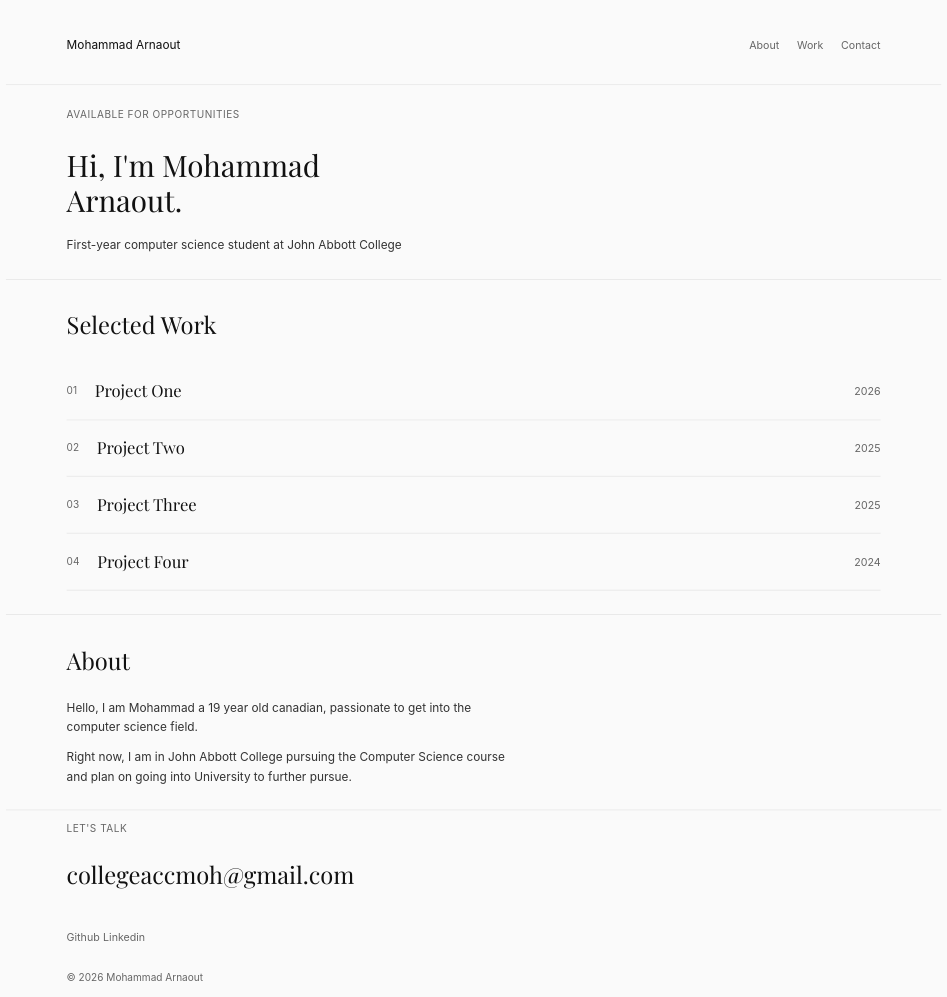
Repository: Moh-Arna/Moh-Arna
Page: index.html
An editor plug-in stored every save of this project. The page is shown before and after the next save, followed by the edit.
The browser window is 1280 px wide. The pictures show the whole page, at 74% of full size.
Some web fonts or font styles are not loaded; a fallback is used.

Above is the page before, as saved 2026-04-22 10:54:28.

### index.html
<!DOCTYPE html>
<html lang=""en>
<head>
  <meta charset="UTF-8">
  <meta name="viewport" content="width=device-width, initial-scale=1.0">
  <title>[Mohammad Arnaout] — Portfolio</title>

  <link rel="stylesheet" href="styles/globals.css">
  <link rel="stylesheet" href="styles/index.css">
</head>

<body>

    <header class="header">

    <div class="container header-inner">

        <a href="/" class="name">Mohammad Arnaout</a>

        <nav aria-label="Main Navigation">

            <ul class="nav">

                <li>
                    <a href="#about">About</a>
                </li>

                <li>
                    <a href="#work">Work</a>
                </li>

                <li>
                    <a href="#contact">Contact</a>
                </li>

            </ul>

        </nav>

    </div>

</header>

<main>

    <section class="hero">

        <div class="container">
            <p class="top-paragraph">Available for opportunities</p>
            <h1>Hi, I'm Mohammad Arnaout.</h1>
            <p class="bottom-paragraph">First-year computer science student at John Abbott College</p>
        </div>

    </section>

    <section class="work">

      <div class="container">

        <h2 class="section-title">Selected Work</h2>

        <ol class="work-list">

          <li>
            <a href="project-details.html" class="work-item">
              <span class="work-number">01</span>
              <span class="work-title">Project One</span>
              <span class="work-year">2026</span>
            </a>
          </li>

          <li>
            <a href="project-details.html" class="work-item">
              <span class="work-number">02</span>
              <span class="work-title">Project Two</span>
              <span class="work-year">2025</span>
            </a>
          </li>

          <li>
            <a href="project-details.html" class="work-item">
              <span class="work-number">03</span>
              <span class="work-title">Project Three</span>
              <span class="work-year">2025</span>
            </a>
          </li>

          <li>
            <a href="project-details.html" class="work-item">
              <span class="work-number">04</span>
              <span class="work-title">Project Four</span>
              <span class="work-year">2024</span>
            </a>
          </li>

        </ol>

      </div>

    </section>

    <section class="about">

        <div class="container">

            <h2 class="section-title">About</h2>

            <p>
                Hello, I am Mohammad a 19 year old canadian, passionate to get into the computer science field.
            </p>

            <p>
                Right now, I am in John Abbott College pursuing the Computer Science course and plan on going into University to further pursue.
            </p>

        </div>

    </section>


</main>

</body>

<footer class="footer">

    <div class="container">

        <p class="top-paragraph">Let's talk</p>

        <a href="mailto:collegeaccmoh@gmail.com" class="email">collegeaccmoh@gmail.com</a>

        <ul class="socials">

            <li>
                <a href="https://github.com/Moh-Arna" target="_blank">Github</a>
                <a href="https://github.com/Moh-Arna" target="_blank">Linkedin</a>
            </li>

        </ul>

        <p class="copyright">© 2026 Mohammad Arnaout</p>

    </div>

</footer>

</html>

### styles/globals.css
@font-face {
  font-family: 'Playfair Display';
  src: url('../assets/fonts/Playfair_Display/PlayfairDisplay-VariableFont_wght.ttf') format('woff2');
  font-weight: 400;
  font-style: normal;
  font-display: swap;
}

@font-face {
  font-family: 'Playfair Display';
  src: url('../assets/fonts/Playfair_Display/PlayfairDisplay-Italic-VariableFont_wght.ttf') format('woff2');
  font-weight: 400;
  font-style: italic;
  font-display: swap;
}

@font-face {
  font-family: 'Inter';
  src: url('../assets/fonts/Inter/Inter-VariableFont_opsz\,wght.ttf') format('woff2');
  font-weight: 400;
  font-style: normal;
  font-display: swap;
}

@font-face {
  font-family: 'Inter';
  src: url('../assets/fonts/Inter/Inter-Italic-VariableFont_opsz\,wght.ttf') format('woff2');
  font-weight: 500;
  font-style: normal;
  font-display: swap;
}

:root{
    --bg:#fafafa;
    --text: #111;
    --muted: #666;
    --border: #e5e5e5;
}

body{
    font-family: 'Inter', sans-serif;
    background-color: var(--bg);
    color: var(--text);
    line-height: 1.6;
}

a{
  color: inherit;
  text-decoration: none;
}

h1, h2, h3{
    font-family: 'PlayFair Display', serif;
    font-weight: 400;
    line-height: 1.2;
}

ul, ol{
  list-style: none;
  padding: 0;
}

.container{
    max-width: 1100px;
    margin: 0 auto;
    padding: 0 1.5rem;
}

### styles/index.css
.header{
    padding: 1.5rem 0;
    border-bottom: 1px solid var(--border);
}

.header-inner{
    display: flex;
    justify-content: space-between;
    align-items: center;
}

.nav{
    display: flex;
    gap: 1.5rem;
}

.nav a{
    color: var(--muted);
    font-size: 0.9rem;
}

.nav a:hover{
    color: var(--text);
}


.hero {
    padding: 1rem 0.5rem;
}

.top-paragraph{
    font-size: 0.85rem;
    color: var(--muted);
    text-transform: uppercase;
    letter-spacing: 0.05em;
    margin-bottom: 1.5rem;
}

.hero h1{
    font-size: 2.5rem;
    margin-bottom: 1.5rem;
    max-width: 18ch;
}

.bottom-paragraph{
    color: #333;
    max-width: 50ch;
}

.work{
    padding: 1rem 0;
    border-top: 1px solid var(--border);
}

.section-title{
    font-size: 2rem;
    margin-bottom: 2rem;
}

.work-list li{
    border-bottom: 1px solid var(--border);
}

.work-item{
    display: flex;
    align-items: center;
    gap: 1.5rem;
    padding: 1.25rem 0;
    transition: padding 0.2s;
}

.work-item:hover{
    padding-left: 0.5rem;
}

.work-number{
    color: var(--muted);
    font-size: 0.85rem;
}

.work-title{
    font-family: 'Playfair Display', serif;
    font-size: 1.4rem;
    flex: 1;
}

.work-year{
    color: var(--muted);
    font-size: 0.9rem;
}

.about{
    padding: 1rem 0;
    border-top: 1px solid var(--border);
}

.about p{
    max-width: 60ch;
    margin-bottom: 1rem;
    color:#333;
}

.footer{
    padding: 1rem 0 2;
    border-top: 1px solid var(--border);
}

.email{
    font-family: 'Playfair Display', serif;
    font-size: 2rem;
    display:inline-block;
    margin-bottom: 2rem;
    word-break: break-word;
}

.socials{
    display: flex;
    gap: 1.5rem;
    margin-bottom: 2rem;
}

.socials a{
    color: var(--muted);
    font-size: 0.9rem;
}

.socials a:hover{
    color: var(--text);
}

.copyright{
    color: var(--muted);
    font-size: 0.85rem;
}

After the next save:
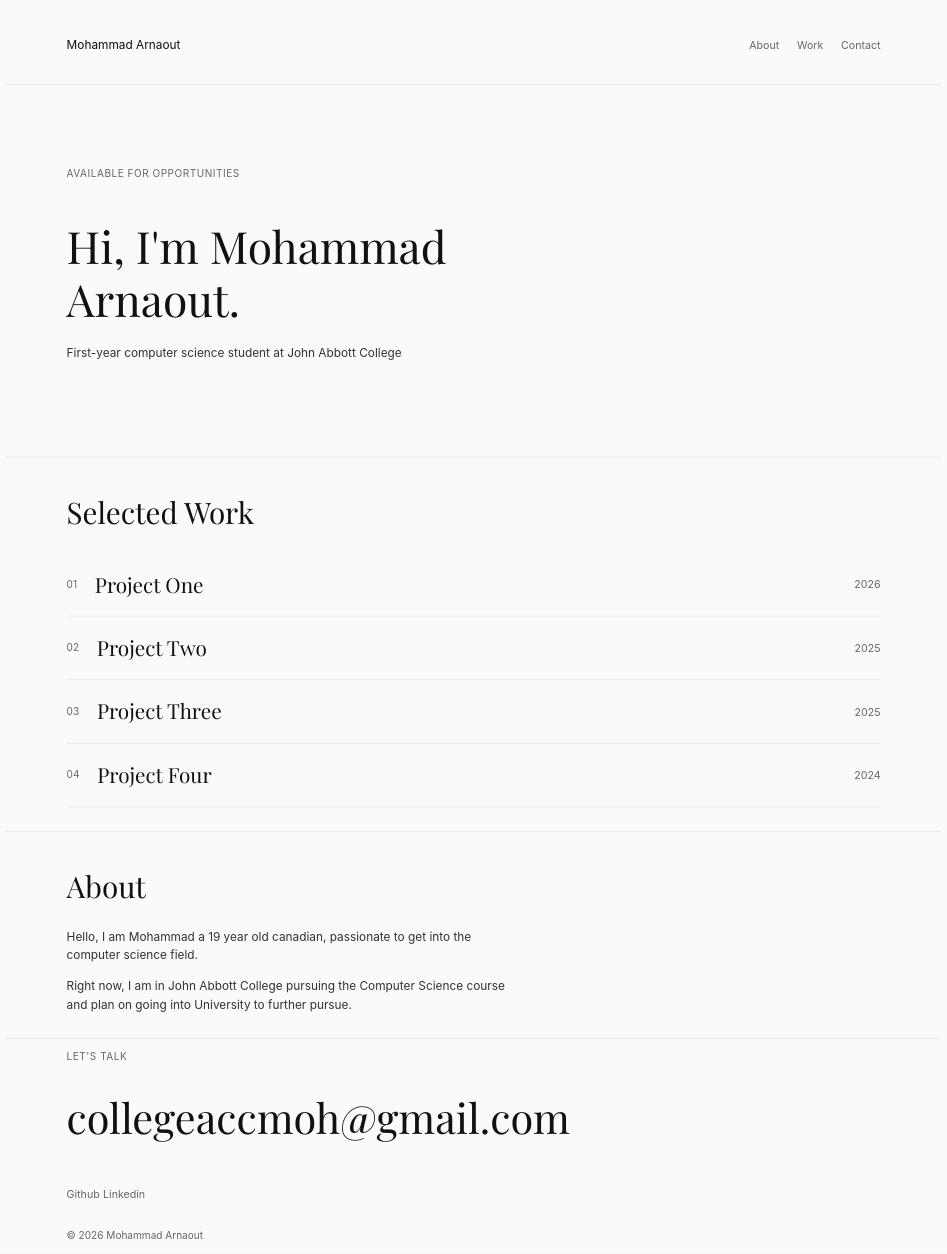
Saved 115 s later.
--- a/styles/index.css
+++ b/styles/index.css
@@ -132,3 +132,25 @@
     color: var(--muted);
     font-size: 0.85rem;
 }
+
+@media (min-width: 768px) {
+  .hero {
+    padding: 6rem 0 7rem;
+  }
+
+  .hero h1 {
+    font-size: 3.75rem;
+  }
+
+  .section-title {
+    font-size: 2.5rem;
+  }
+
+  .work-title {
+    font-size: 1.75rem;
+  }
+
+  .email {
+    font-size: 3.5rem;
+  }
+}
